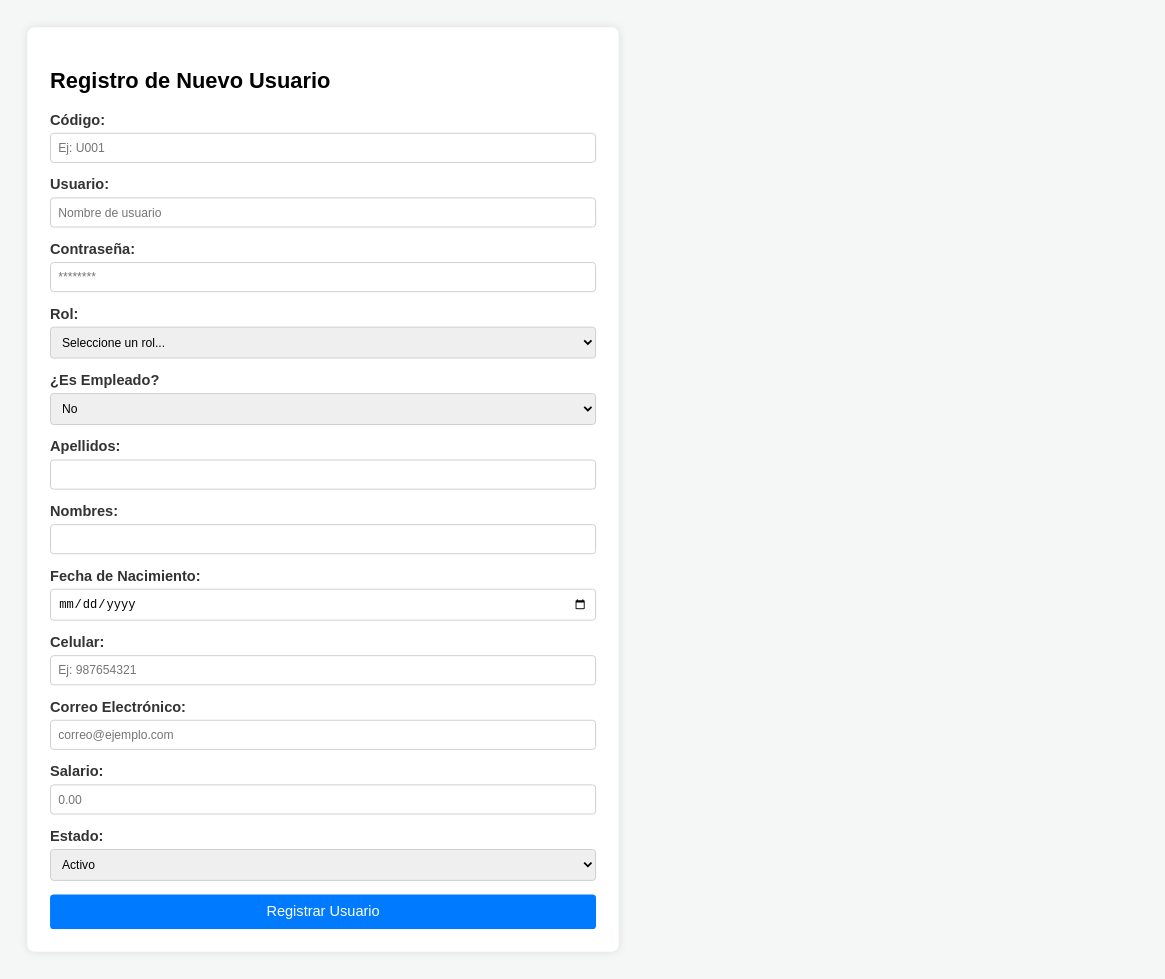
Repository: Santiago1748/ProyectoTallerAutos
Page: http://localhost/TallerMecanico/mantenUsuarios.jsp
An editor plug-in stored every save of this project. The page is shown before and after the next save, followed by the edit.
The browser window is 1280 px wide. The pictures show the whole page, at 91% of full size.
The page is served by Tomcat 9.

Above is the page before, as saved 2026-08-04 04:35:55.

After the next save:
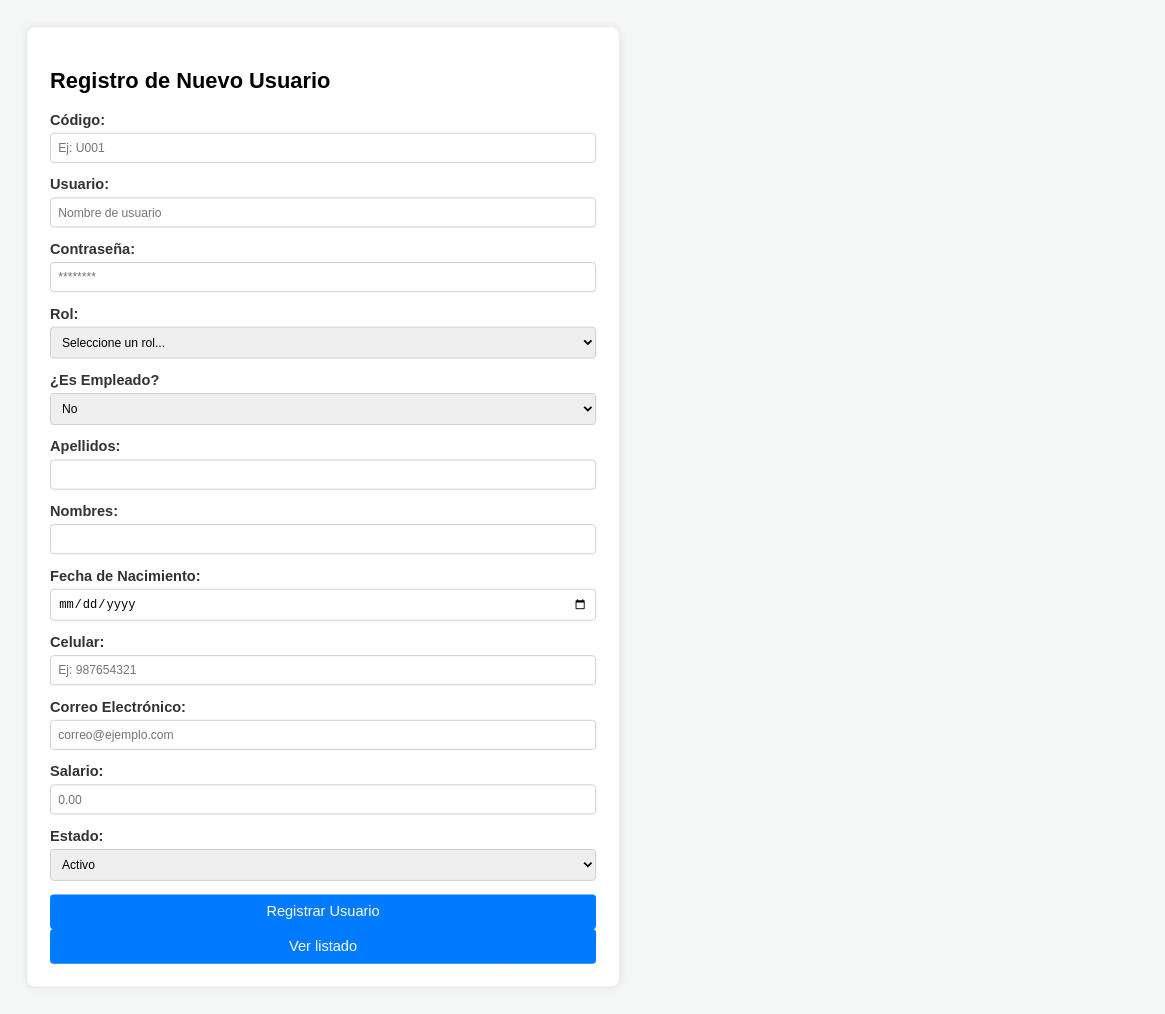
Saved 1 s later.
--- a/tallerdeAutos - copia/TallerMecanico/src/main/webapp/mantenUsuarios.jsp
+++ b/tallerdeAutos - copia/TallerMecanico/src/main/webapp/mantenUsuarios.jsp
@@ -107,6 +107,8 @@
 
         <!-- Botón de envío -->
         <button type="submit" class="btn-submit">Registrar Usuario</button>
+         <!-- Botón de envío -->
+        <button type="submit" class="btn-submit">Ver listado</button>
 
     </form>
 </div>
